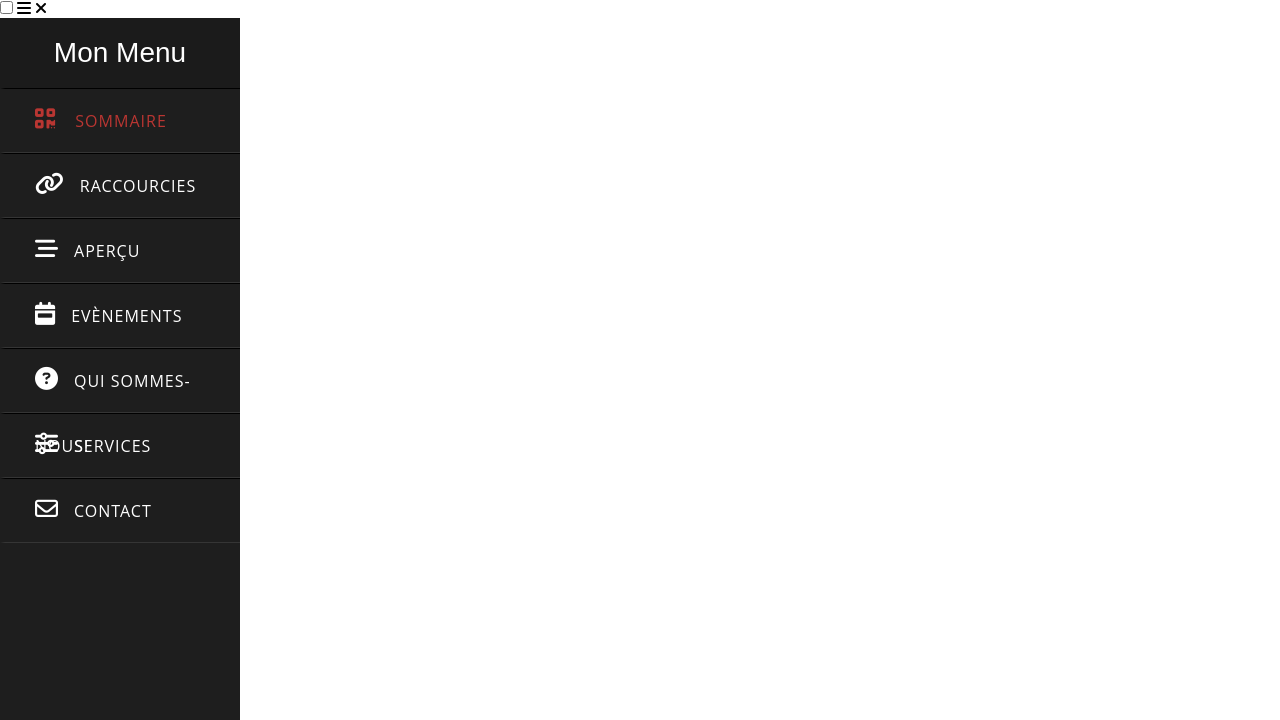
Repository: Alex-Serky/Dossier-Nav
Page: Nav-Responsive/index.html
The author's editor kept a copy of each file at every save. The page is drawn from the files as they stood at one save, then again after the next save.
The browser window is 1280 px wide. The pictures show the whole page.
Some web fonts or font styles are not loaded; a fallback is used. Some web libraries are served in a nearby version.

Above is the page before, as saved 2020-02-21 21:46:49.

### Nav-Responsive/index.html
<!DOCTYPE html>
<html lang="en">

<head>
    <meta charset="UTF-8">
    <meta name="viewport" content="width=device-width, initial-scale=1.0">
    <link rel="stylesheet" href="style.css">
    <script src="https://kit.fontawesome.com/a076d05399.js"></script>
    <title>Responsive Sidebar Menu</title>
</head>

<body>
    <input type="checkbox" id="check">
    <label for="">
        <i class="fas fa-bars" id="btn"></i>
        <i class="fas fa-times" id="cancel"></i>
    </label>
    <div class="sidebar">
        <header>Mon Menu</header>
        <a class="active" href="#"><i class="fas fa-qrcode"></i>
            <span>Sommaire</span>
        </a>
        <a href="#"><i class="fas fa-link"></i><span>Raccourcies</span></a>
        <a href="#"><i class="fas fa-stream"></i><span>Aperçu</span></a>
        <a href="#"><i class="fas fa-calendar-week"></i><span>Evènements</span></a>
        <a href="#"><i class="fas fa-question-circle"></i><span>Qui sommes-nous!</span></a>
        <a href="#"><i class="fas fa-sliders-h"></i><span>Services</span></a>
        <a href="#"><i class="far fa-envelope"></i><span>Contact</span></a>
    </div>
</body>

</html>

### Nav-Responsive/style.css
@import url('https: //fonts.googleapis.com/css?family=Montserrat:600|Roboto:400');

* {
    margin: 0;
    padding: 0;
    text-decoration: none;
}

.sidebar {
    position: fixed;
    width: 240px;
    height: 100%;
    background: #1e1e1e;
}

.sidebar header {
    color: white;
    font-size: 28px;
    line-height: 70px;
    text-align: center;
    user-select: none;
    background: #1b1b1b;
    font-family: 'Montserrat', sans-serif;
}

.sidebar a {
    display: block;
    color: white;
    height: 65px;
    width: 100%;
    line-height: 65px;
    padding-left: 30px;
    border-bottom: 1px solid rgba(255, 255, 255, .1);
    border-top: 1px solid black;
    border-left: 5px solid transparent;
    box-sizing: border-box;
    font-family: 'Open Sans', sans-serif;
}

.active,
a.active {
    left: 5px solid #b93632;
    color: #b93632;
}

.sidebar a i {
    font-size: 23px;
    margin-right: 16px;
}

.sidebar a span {
    letter-spacing: 1px;
    text-transform: uppercase;
}

After the next save:
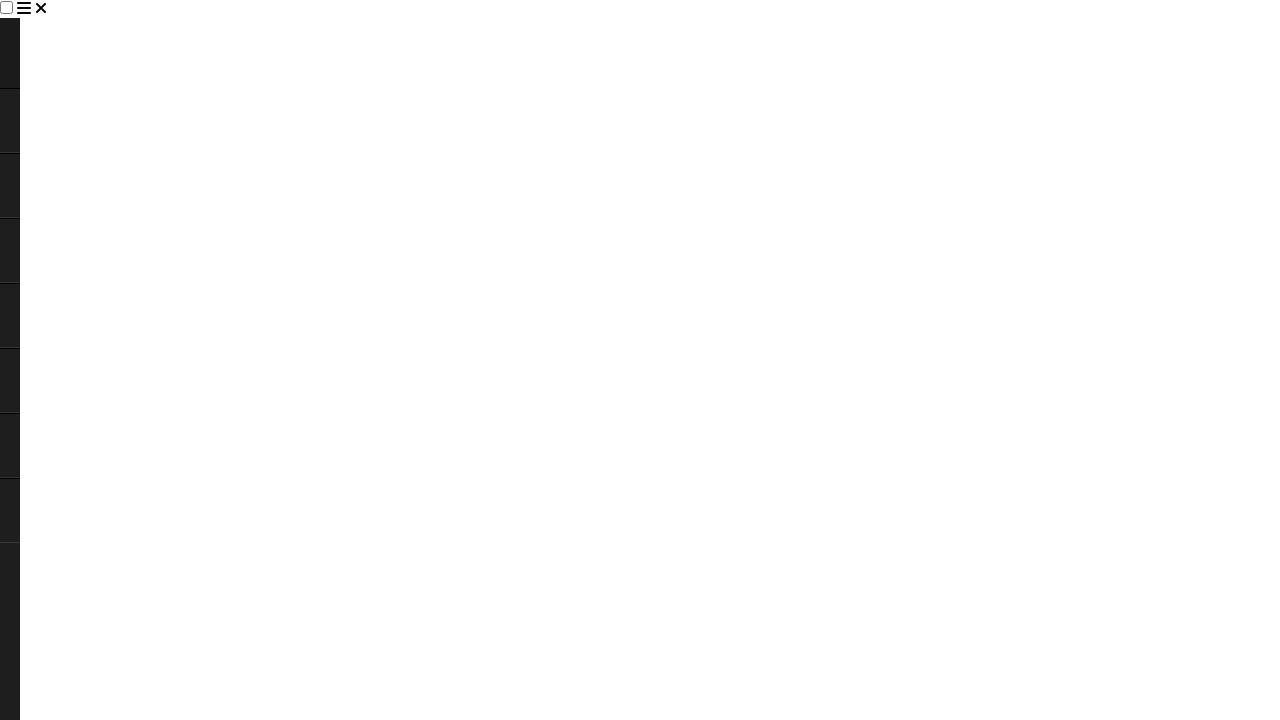
Saved 4 min 50 s later.
--- a/Nav-Responsive/style.css
+++ b/Nav-Responsive/style.css
@@ -8,6 +8,7 @@
 
 .sidebar {
     position: fixed;
+    left: -220px;
     width: 240px;
     height: 100%;
     background: #1e1e1e;
